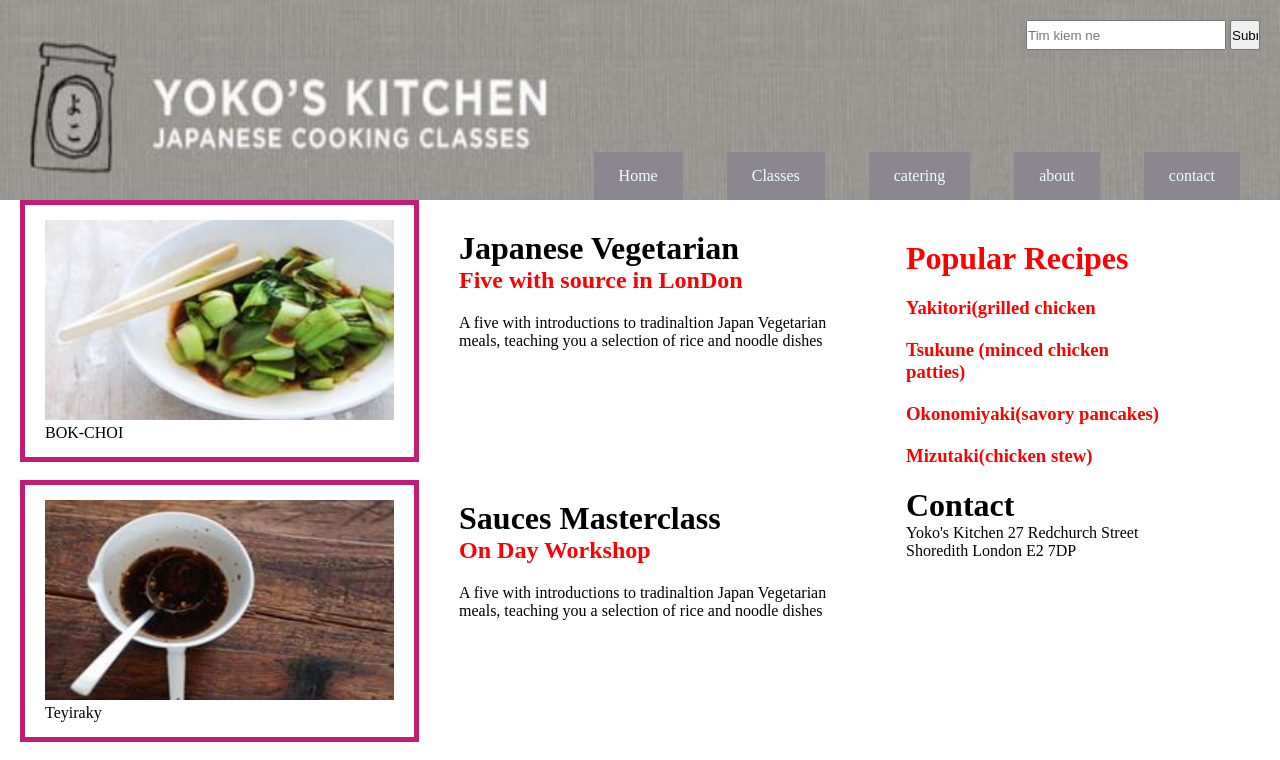
Repository: huy352002/20012931-Tr-n-Quang-Huy
Page: bt2.html
An editor plug-in stored every save of this project. The page is shown before and after the next save, followed by the edit.
The browser window is 1280 px wide. The pictures show the whole page.

Above is the page before, as saved 2022-09-30 10:46:42.

After the next save:
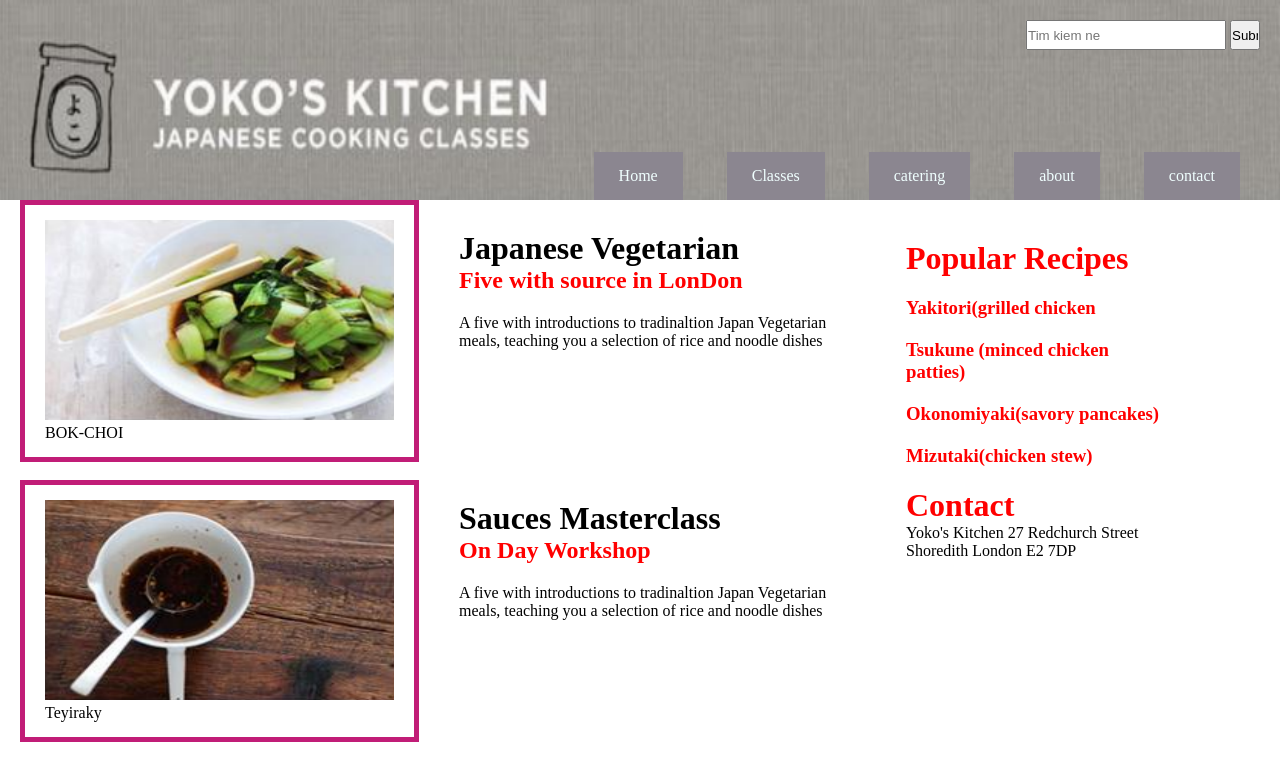
Saved 69 s later.
--- a/bt2.css
+++ b/bt2.css
@@ -119,7 +119,8 @@
     margin: 20px 10px;
 }
 
-.body2_p1 {
+.body2_p1,
+.body2_p2 h1 {
     color: red;
 }
 
